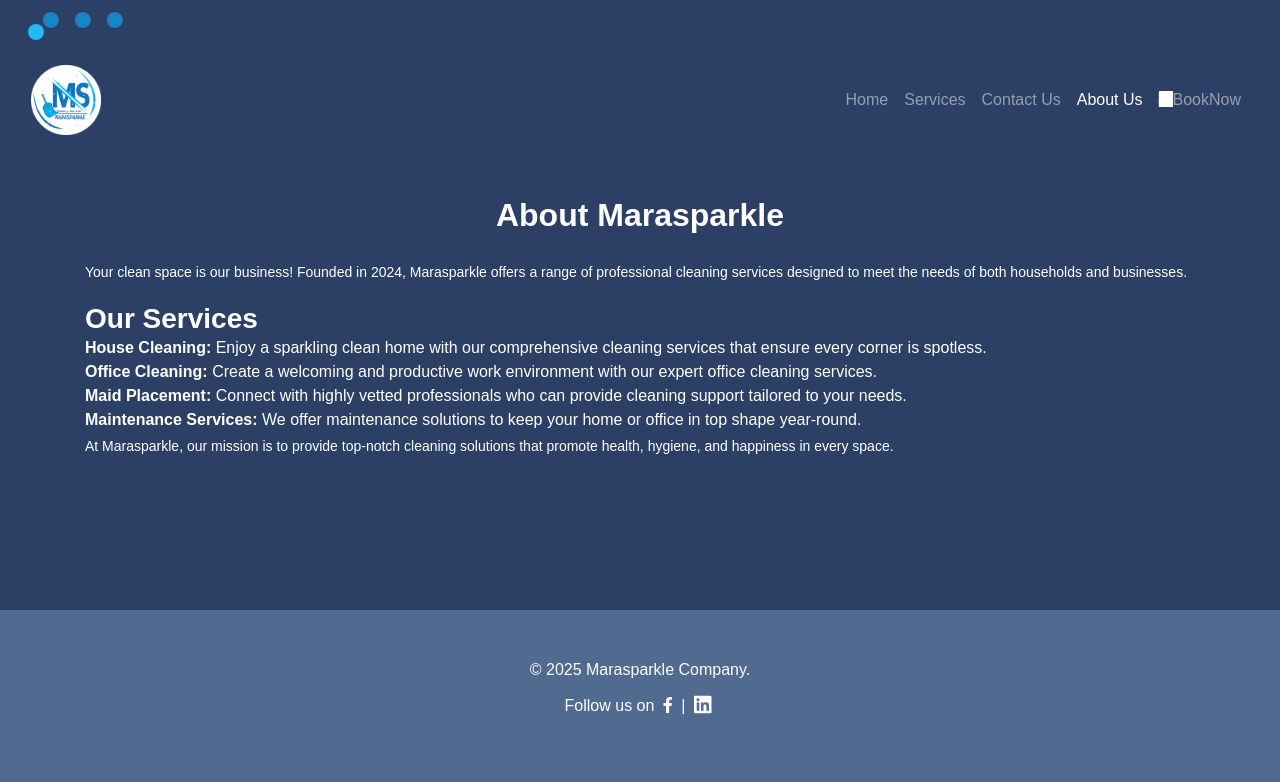
Repository: guineveretim/sparkle
Page: http://localhost/about/
An editor plug-in stored every save of this project. The page is shown before and after the next save, followed by the edit.
The browser window is 1280 px wide. The pictures show the whole page.
The page is served by the project's application, run on Django 5.2 (manage.py). Other server files are loaded and not shown.

Above is the page before, as saved 2025-03-26 15:48:46.

### templates/application/about.html
{% load static%}
<!DOCTYPE html>
<html lang="en">

<head>
    <meta charset="utf-8">
    <meta name="viewport" content="width=device-width, initial-scale=1, shrink-to-fit=no">


    <title>{% block title %}Marasparkle{% endblock %}</title>

     <!-- Font Awesome CDN -->
    <link rel="stylesheet" href="https://cdnjs.cloudflare.com/ajax/libs/font-awesome/6.0.0-beta3/css/all.min.css">

    <!--Google fomts-->
    <link href="https://fonts.googleapis.com/css2?family=Roboto:wght@400&display=swap" rel="stylesheet">

    <!-- Bootstrap core CSS -->
    <link rel="stylesheet" href="https://cdn.jsdelivr.net/npm/bootstrap@4.1.3/dist/css/bootstrap.min.css" integrity="sha384-MCw98/SFnGE8fJT3GXwEOngsV7Zt27NXFoaoApmYm81iuXoPkFOJwJ8ERdknLPMO" crossorigin="anonymous">



    <link rel="stylesheet" href="{% static 'assets/css/templatemo-villa-agency.css' %}">


</head>

<body>
    <!-- ***** Preloader Start ***** -->
    <div id="js-preloader" class="js-preloader">
        <div class="preloader-inner">
            <span class="dot"></span>
            <div class="dots">
                <span></span>
                <span></span>
                <span></span>
            </div>
        </div>
    </div>
    <!-- ***** Preloader End ***** -->



    <!-- ***** Header Area Start ***** -->
        <nav class="navbar navbar-expand-lg navbar-dark sticky-top" style="background-color: #2c3f64;">
            <div class="container-fluid">
            <a class="navbar-brand" href="{% url 'home' %}">
                <img src="{% static 'icons/Maralog.png' %}" style="width:70px;">
            </a>
            <button class="navbar-toggler" type="button" data-toggle="collapse" data-target="#navbarNav" aria-controls="navbarNav" aria-expanded="false" aria-label="Toggle navigation">
                <span class="navbar-toggler-icon"></span>
            </button>

            <div class="collapse navbar-collapse" id="navbarNav">
                <ul  class="navbar-nav ml-auto">
                    <li class="nav-item">
                        <a class="nav-link" href="{% url 'home' %}">Home <span class="sr-only">(current)</span></a>
                    </li>
                    <li class="nav-item">
                        <a class="nav-link" href="{% url 'services_details' %}">Services</a>
                    </li>

                    <li class="nav-item">
                        <a class="nav-link" href="{% url 'contact' %}">Contact Us</a>
                    </li>
                    <li class="nav-item active">
                        <a class="nav-link" href="{% url 'about' %}">About Us</a>
                    </li>
                    <li class="nav-item">
                        <a class="nav-link" href="{% url 'login' %}"><i class="fas fa-calendar" style="background-color: rgb(255, 255, 255);"></i>BookNow</a>
                    </li>
                </ul>
            </div>
        </div>
        </nav>

    <!-- ***** Header Area End ***** -->

      <!-- ***** About Section Start ***** -->
      <div class="container mt-5 text-white">
        <h2 class="text-center mb-4" style="color:white;">About Marasparkle</h2>
        <p style="color:white;">Your clean space is our business! Founded in 2024, Marasparkle offers a range of professional cleaning services designed to meet the needs of both households and businesses.</p>

        <h3 style="color:white;">Our Services</h3>
        <ul>
            <li><strong>House Cleaning:</strong> Enjoy a sparkling clean home with our comprehensive cleaning services that ensure every corner is spotless.</li>
            <li><strong>Office Cleaning:</strong> Create a welcoming and productive work environment with our expert office cleaning services.</li>
            <li><strong>Maid Placement:</strong> Connect with highly vetted professionals who can provide cleaning support tailored to your needs.</li>
            <li><strong>Maintenance Services:</strong> We offer maintenance solutions to keep your home or office in top shape year-round.</li>
        </ul>

        <p style="color:white;">At Marasparkle, our mission is to provide top-notch cleaning solutions that promote health, hygiene, and happiness in every space.</p>
    </div>
    <!-- ***** About Section End ***** -->

    <footer class="footer text-center" style="background-color: rgba(166, 206, 243, 0.3); padding: 10px 0;">
        <div class="container-fluid">
            <div class="row">
                <div class="col-12">
                    <p>© 2025 Marasparkle Company.</p>
                </div>
                <div class="col-12" style="margin-top: -80px;">
                    <p style="color: white;">
                        Follow us on
                        <a href="https://www.facebook.com/profile.php?id=61573551016908" class="mx-1 text-white" aria-label="Follow us on Facebook">
                            <i class="fab fa-facebook-f"></i>
                        </a>
                        <span>|</span>
                        <a href="https://linkedin.com" class="mx-1 text-white" aria-label="Follow us on LinkedIn">
                            <i class="fab fa-linkedin fa-lg"></i>
                        </a>
                    </p>
                </div>
            </div>
        </div>
    </footer>




<!-- jQuery first, then Popper.js, then Bootstrap JS -->
<script src="https://code.jquery.com/jquery-3.3.1.slim.min.js" integrity="sha384-q8i/X+965DzO0rT7abK41JStQIAqVgRVzpbzo5smXKp4YfRvH+8abtTE1Pi6jizo" crossorigin="anonymous"></script>
<script src="https://cdn.jsdelivr.net/npm/popper.js@1.14.3/dist/umd/popper.min.js" integrity="sha384-ZMP7rVo3mIykV+2+9J3UJ46jBk0WLaUAdn689aCwoqbBJiSnjAK/l8WvCWPIPm49" crossorigin="anonymous"></script>
<script src="https://cdn.jsdelivr.net/npm/bootstrap@4.1.3/dist/js/bootstrap.min.js" integrity="sha384-ChfqqxuZUCnJSK3+MXmPNIyE6ZbWh2IMqE241rYiqJxyMiZ6OW/JmZQ5stwEULTy" crossorigin="anonymous"></script>
</body>

</html>

### marasparkle/views.py

from django.shortcuts import redirect, render
from django.contrib.auth import authenticate, login
from .forms import RegisterForm, LoginForm
from django.contrib.auth.decorators import login_required
from django.contrib import messages
from .forms import BookingForm



def home(request):
  return render(request, 'home.html')

def Service(request):
    return render(request, 'application/services.html')


def contact(request):
    return render(request, 'application/contact.html')

def about_view(request):
    return render(request, 'application/about.html')


def register(request):
   if request.method == 'POST':
       form = RegisterForm(request.POST)
       if form.is_valid():
           user = form.save()
           login(request, user)
           return redirect('login')
   else:
       form = RegisterForm()
   return render(request, 'authentication/register.html', {'form': form})

def login_view(request):
    if request.method == 'POST':
        form = LoginForm(data=request.POST)
        if form.is_valid():
            username = form.cleaned_data.get('username')
            password = form.cleaned_data.get('password')
            user = authenticate(request, username=username, password=password)
            if user is not None:
                login(request, user)
                return redirect('bookings')
            else:

                messages.error(request, 'Invalid username or password.')
    else:
        form = LoginForm()
    return render(request, 'authentication/login.html', {'form': form})


@login_required
def create_booking(request):
    if request.method == 'POST':
        form = BookingForm(request.POST)
        if form.is_valid():
            booking = form.save(commit=False)
            booking.user = request.user
            booking.save()
            return redirect('booking_success')
    else:
        form = BookingForm()

    return render(request,'accounts/booking.html', {'form':form})

### marasparkleweb/urls.py
"""
URL configuration for marasparkleweb project.

The `urlpatterns` list routes URLs to views. For more information please see:
    https://docs.djangoproject.com/en/5.1/topics/http/urls/
Examples:
Function views
    1. Add an import:  from my_app import views
    2. Add a URL to urlpatterns:  path('', views.home, name='home')
Class-based views
    1. Add an import:  from other_app.views import Home
    2. Add a URL to urlpatterns:  path('', Home.as_view(), name='home')
Including another URLconf
    1. Import the include() function: from django.urls import include, path
    2. Add a URL to urlpatterns:  path('blog/', include('blog.urls'))
"""
from django.contrib import admin
from django.urls import include, path

urlpatterns = [
    path('admin/', admin.site.urls),
    path('', include('marasparkle.urls')),
]

### marasparkle/urls.py
from django.urls import path

from marasparkle.forms import ResetPasswordConfirmForm, ResetPasswordForm
from . import views
from django.contrib.auth import views as auth_views


urlpatterns = [
    path('', views.home, name='home'),
    path('about/',views.about_view, name='about'),
    path('services/',views.Service,name='services_details'),
    path('login/', views.login_view, name= 'login'),
    path('register/', views.register, name='register'),
    path('contact/', views.contact, name='contact'),

    path('password_reset/', auth_views.PasswordResetView.as_view(
        template_name='authentication/password_reset.html',
        form_class=ResetPasswordForm
    ), name='password_reset'),


    path('password_reset_done/', auth_views.PasswordResetDoneView.as_view(
        template_name='authentication/password_reset_done.html'
    ), name='password_reset_done'),


    path('password_reset_confirm/<uidb64>/<token>/', auth_views.PasswordResetConfirmView.as_view(
        template_name='authentication/password_reset_confirm.html',
        form_class=ResetPasswordConfirmForm
    ), name='password_reset_confirm'),

    path('password_reset_complete/', auth_views.PasswordResetCompleteView.as_view(
        template_name='authentication/password_reset_complete.html'
    ), name='password_reset_complete'),

    path('booking/',views.create_booking, name= 'bookings'),



]

Loaded but not shown: static/assets/css/templatemo-villa-agency.css (990 lines, source omitted)

After the next save:
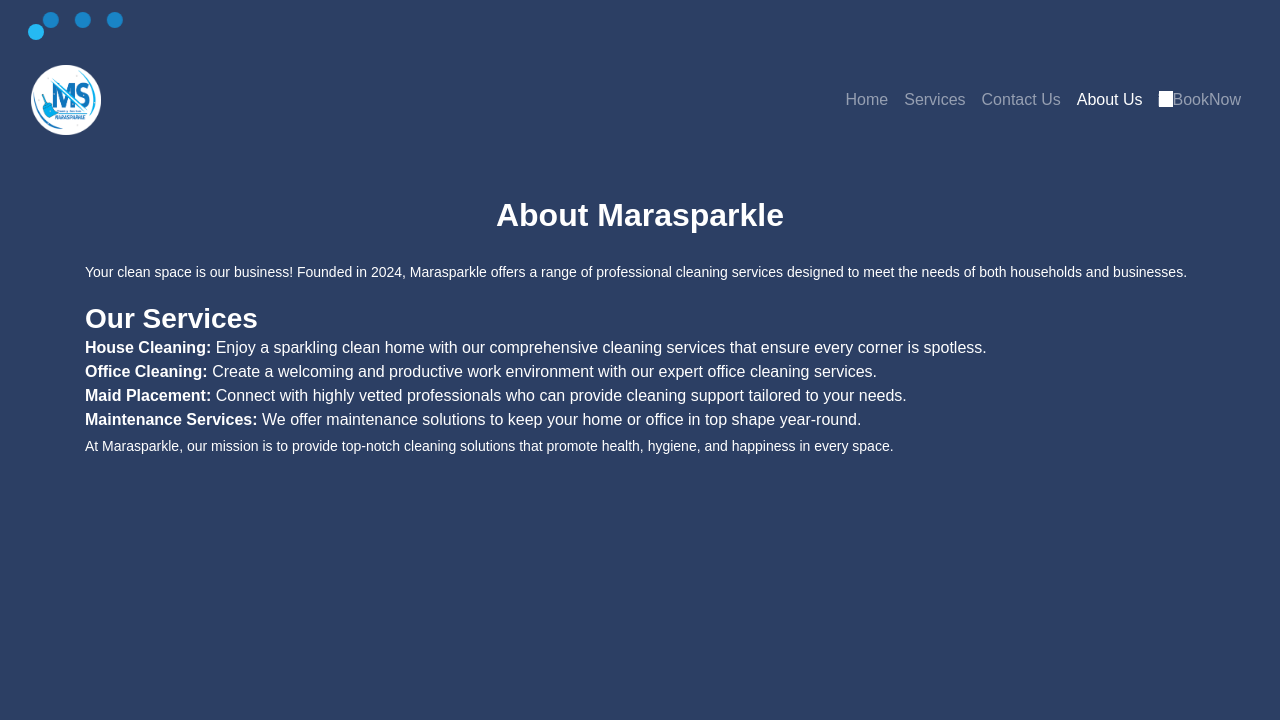
Saved 3 min 49 s later.
--- a/templates/application/about.html
+++ b/templates/application/about.html
@@ -93,27 +93,6 @@
     </div>
     <!-- ***** About Section End ***** -->
 
-    <footer class="footer text-center" style="background-color: rgba(166, 206, 243, 0.3); padding: 10px 0;">
-        <div class="container-fluid">
-            <div class="row">
-                <div class="col-12">
-                    <p>© 2025 Marasparkle Company.</p>
-                </div>
-                <div class="col-12" style="margin-top: -80px;">
-                    <p style="color: white;">
-                        Follow us on
-                        <a href="https://www.facebook.com/profile.php?id=61573551016908" class="mx-1 text-white" aria-label="Follow us on Facebook">
-                            <i class="fab fa-facebook-f"></i>
-                        </a>
-                        <span>|</span>
-                        <a href="https://linkedin.com" class="mx-1 text-white" aria-label="Follow us on LinkedIn">
-                            <i class="fab fa-linkedin fa-lg"></i>
-                        </a>
-                    </p>
-                </div>
-            </div>
-        </div>
-    </footer>
 
 
 

After the save that followed:
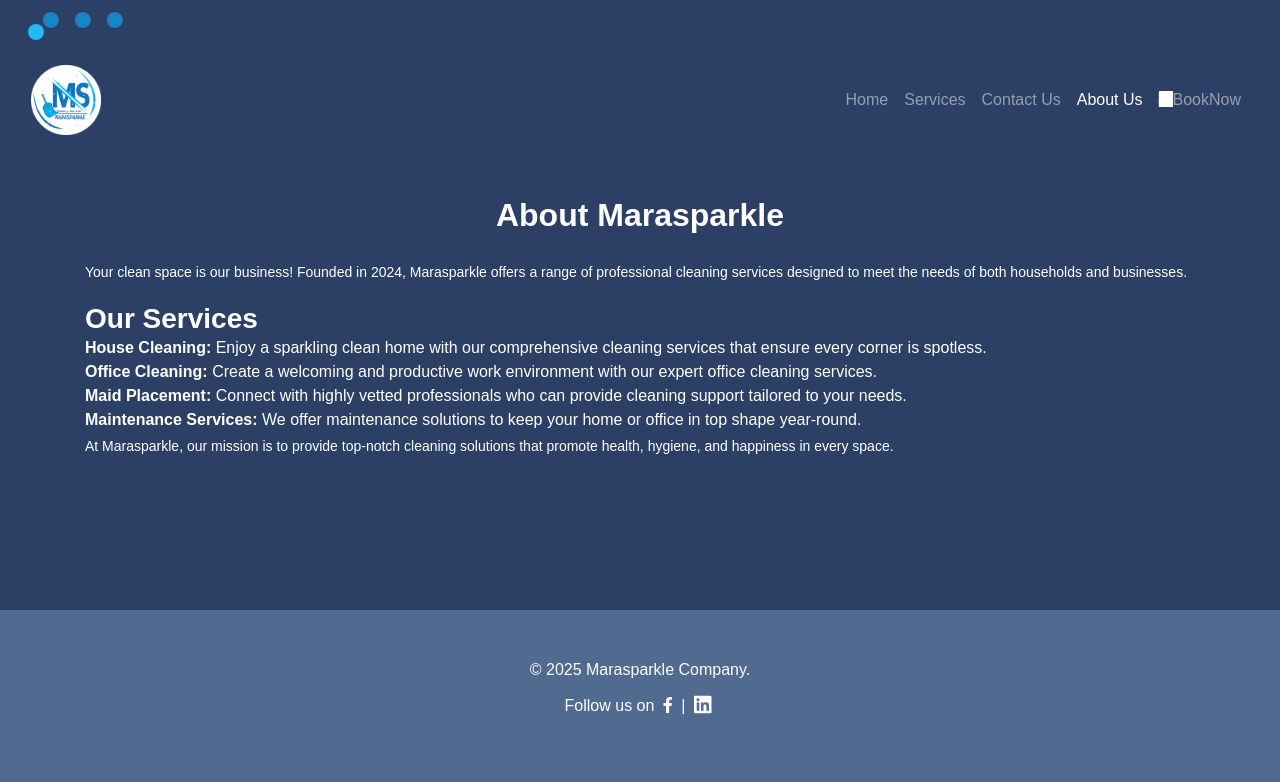
Saved 16 s later.
--- a/templates/application/about.html
+++ b/templates/application/about.html
@@ -93,6 +93,27 @@
     </div>
     <!-- ***** About Section End ***** -->
 
+    <footer class="footer text-center" style="background-color: rgba(166, 206, 243, 0.3); padding: 10px 0;">
+        <div class="container-fluid">
+            <div class="row">
+                <div class="col-12">
+                    <p>© 2025 Marasparkle Company.</p>
+                </div>
+                <div class="col-12" style="margin-top: -80px;">
+                    <p style="color: white;">
+                        Follow us on
+                        <a href="https://www.facebook.com/profile.php?id=61573551016908" class="mx-1 text-white" aria-label="Follow us on Facebook">
+                            <i class="fab fa-facebook-f"></i>
+                        </a>
+                        <span>|</span>
+                        <a href="https://linkedin.com" class="mx-1 text-white" aria-label="Follow us on LinkedIn">
+                            <i class="fab fa-linkedin fa-lg"></i>
+                        </a>
+                    </p>
+                </div>
+            </div>
+        </div>
+    </footer>
 
 
 
